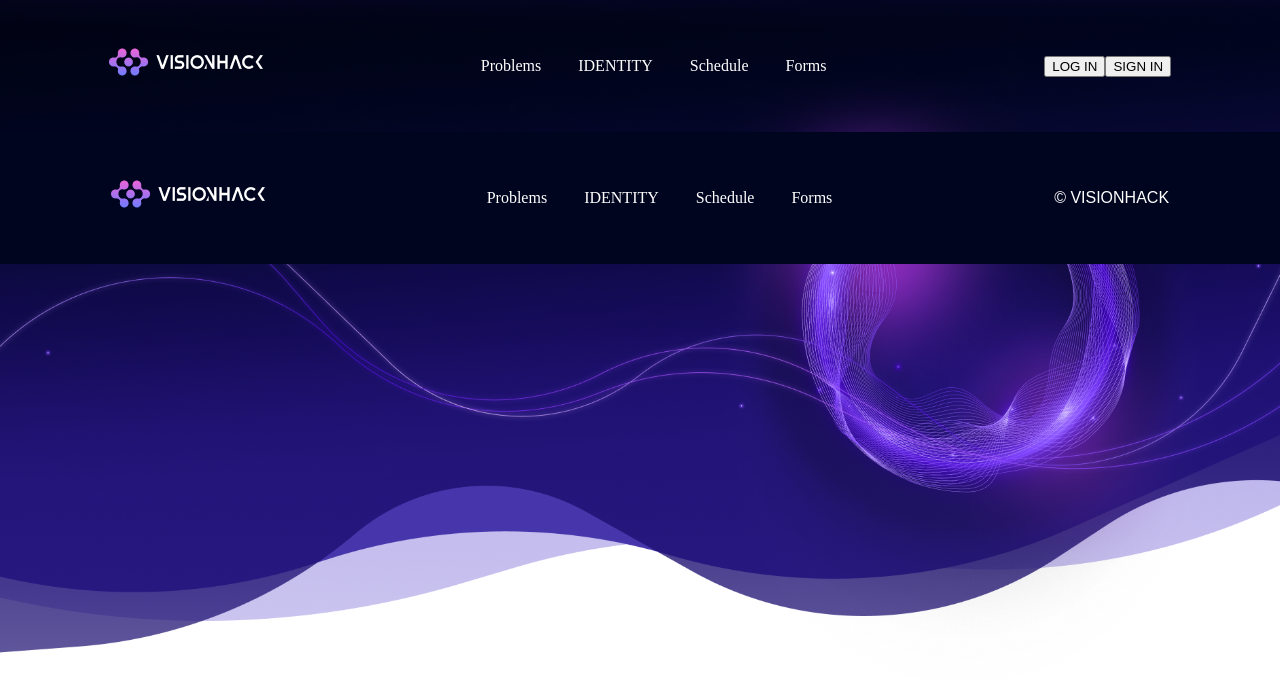
Repository: krmvz/VisionHack
Page: /
These files come from the project's save history. The page is drawn as it stood at one moment and after a run of saves; the edit follows.
The browser window is 1280 px wide. The pictures show the whole page.
The project was rebuilt for these pictures with package versions that can differ from the ones it lists, and the page was loaded fresh each time. Imported but missing from the stored project, and not drawn on this page: .history/src/pages/mainPage/mainPage_20240521145324.

Above is the page before, as saved 2024-05-23 12:29:12.

After the next 2 saves:
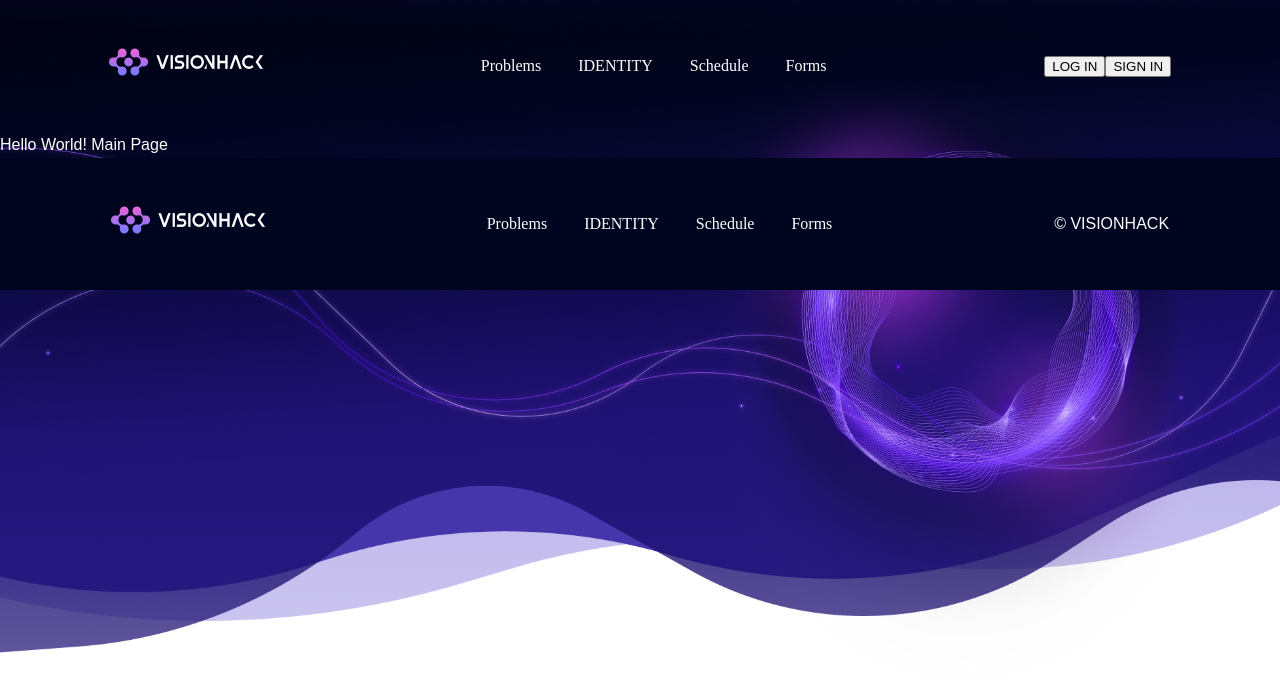
The 2 saves are shown as one change because they came seconds apart.
The last was saved 11 s later.
--- a/src/App.jsx
+++ b/src/App.jsx
@@ -5,12 +5,13 @@
 import Header from './components/Header/header';
 // import circle from './images/mainbgi.png';
 import mainPage from './../.history/src/pages/mainPage/mainPage_20240521145324';
+import MainPage from './pages/mainPage/mainPage';
 
 function App() {
   return (
     <div className="App">
       <Header/>
-      <mainPage/>
+      <MainPage/>
       <Footer/>
     </div>
   );
